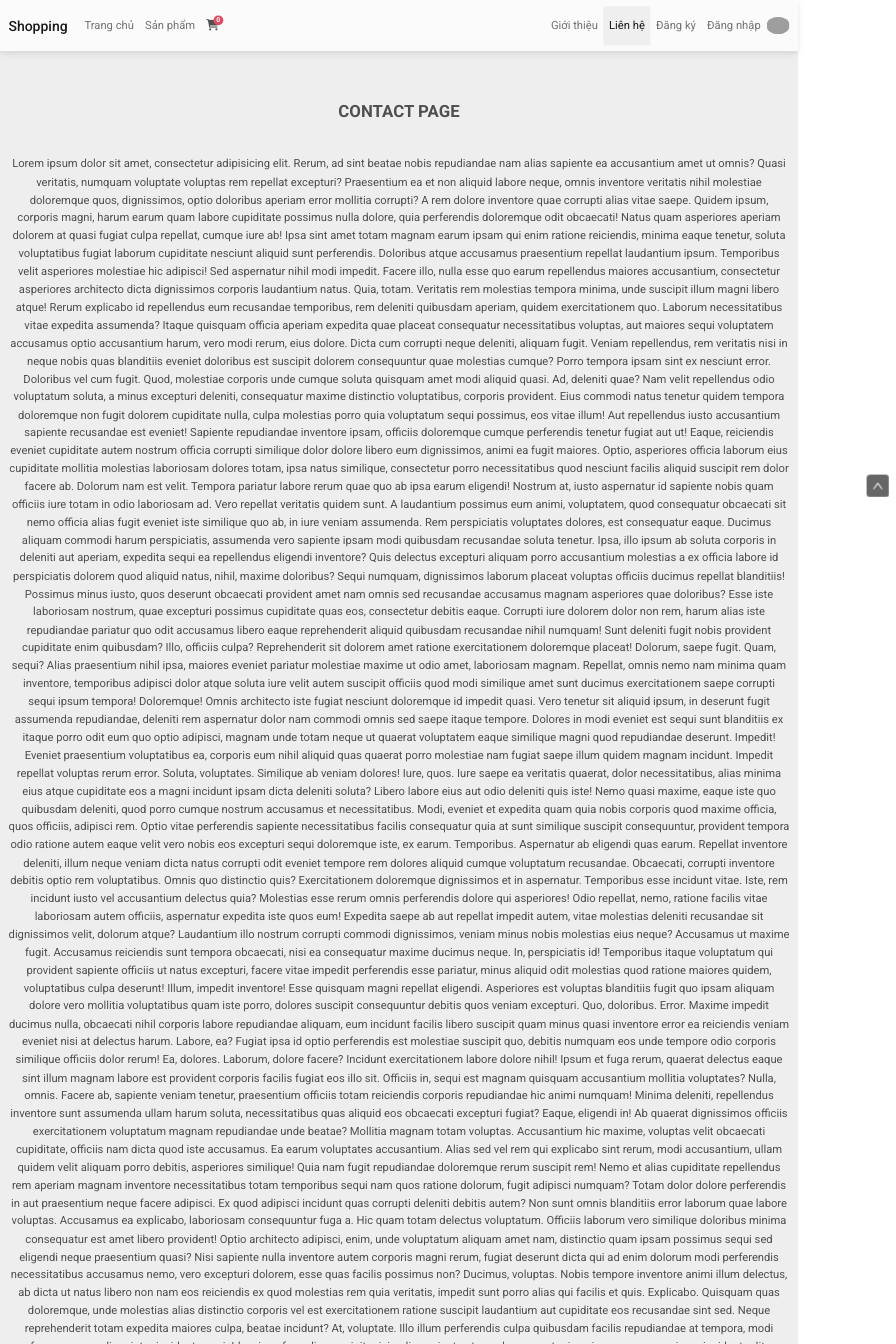
Repository: TinhTT336/MD02_Session10
Page: /contact
An editor plug-in stored every save of this project. The page is shown before and after the next save, followed by the edit.
The browser window is 1280 px wide. The pictures show the part of the page from y = 0 to 1920 px (the page is 2635 px tall), at 70% of full size.
Pictures or frames that could not be fetched are drawn as grey boxes. Some web libraries are served in a nearby version. The project was rebuilt for these pictures with package versions that can differ from the ones it lists, and the page was loaded fresh each time. Also part of the build but not shown: vite.config.js, src/pages/Home.jsx, src/common/formatMoney.js, src/actions/cartActions.js, src/pages/ListProduct.jsx, src/pages/Cart.jsx, src/pages/About.jsx, src/pages/Register.jsx and 2 more.

Above is the page before, as saved 2023-09-08 14:01:19.

### index.html
<!DOCTYPE html>
<html lang="en">
  <head>
    <meta charset="UTF-8" />
    <link rel="icon" type="image/svg+xml" href="/vite.svg" />
    <meta name="viewport" content="width=device-width, initial-scale=1.0" />
    <title>Vite + React</title>
    <!-- Font Awesome -->
    <link
      href="https://cdnjs.cloudflare.com/ajax/libs/font-awesome/6.0.0/css/all.min.css"
      rel="stylesheet"
    />
    <!-- Google Fonts -->
    <link
      href="https://fonts.googleapis.com/css?family=Roboto:300,400,500,700&display=swap"
      rel="stylesheet"
    />
    <!-- MDB -->
    <link
      href="https://cdnjs.cloudflare.com/ajax/libs/mdb-ui-kit/6.4.1/mdb.min.css"
      rel="stylesheet"
    />
  </head>
  <body>
    <div id="root"></div>
    <script type="module" src="/src/main.jsx"></script>
    <script
      type="text/javascript"
      src="https://cdnjs.cloudflare.com/ajax/libs/mdb-ui-kit/6.4.1/mdb.min.js"
    ></script>
  </body>
</html>

### src/main.jsx
import React from 'react'
import ReactDOM from 'react-dom/client'
import App from './App.jsx'
import './index.css'
import { BrowserRouter } from 'react-router-dom'
import { Provider } from 'react-redux'
import { createStore } from 'redux'
import { reducer } from './reducers/index.js'

const store = createStore(reducer)
ReactDOM.createRoot(document.getElementById('root')).render(
  <React.StrictMode>
    <BrowserRouter>
      <Provider store={store}>
        <App />
      </Provider>
    </BrowserRouter>
  </React.StrictMode>,
)

### src/App.jsx

import { Route, Routes, useLocation } from 'react-router-dom'
import './App.css'
import Home from './pages/Home'
import ListProduct from './pages/ListProduct'
import Cart from './pages/Cart'
import About from './pages/About'
import Contact from './pages/Contact'
import Register from './pages/Register'
import Login from './pages/Login'
import ProductDetail from './pages/ProductDetail'
import { useEffect } from 'react'

function App() {
  const location = useLocation();
  useEffect(() => {
    window.scrollTo({ top: 0, behavior: "smooth" });
  }, [location.pathname])
  return (
    <>
      <Routes>
        <Route path='/' element={<Home />}></Route>
        <Route path='/list-product' element={<ListProduct />}></Route>
        <Route path='/product/:id' element={<ProductDetail />}></Route>
        <Route path='/cart' element={<Cart />}></Route>
        <Route path='/about' element={<About />}></Route>
        <Route path='/contact' element={<Contact />}></Route>
        <Route path='/register' element={<Register />}></Route>
        <Route path='/login' element={<Login />}></Route>
        <Route path='/product-detail' element={<ProductDetail />}></Route>
      </Routes>
    </>
  )
}

export default App

### src/App.css
* {
  margin: 0;
  padding: 0;
  box-sizing: border-box;
}
.active {
  background-color: #efefef;
}
body {
  max-width: 90%;
  margin: 0 auto;
}

.nav-item .nav-link {
  padding: 15px;
}

.fa-cart-shopping {
  position: relative;
}

.fa-cart-shopping + span {
  position: absolute;
  top: -10px;
  right: -10px;
  background-color: red;
  color: white;
  border-radius: 50%;
  padding: 5px 10px;
}

### src/layouts/Navbar.jsx
import React from 'react'
import { useSelector } from 'react-redux'
import { Link, NavLink } from 'react-router-dom'

export default function Navbar() {
    const carts = useSelector(cart => cart.listCart);
    return (
        <div>
            <>
                {/* Navbar start */}
                {/* Navbar */}
                <nav className="navbar navbar-expand-lg navbar-light bg-light">
                    {/* Container wrapper */}
                    <div className="container-fluid">
                        {/* Toggle button */}
                        <button
                            className="navbar-toggler"
                            type="button"
                            data-mdb-toggle="collapse"
                            data-mdb-target="#navbarSupportedContent"
                            aria-controls="navbarSupportedContent"
                            aria-expanded="false"
                            aria-label="Toggle navigation"
                        >
                            <i className="fas fa-bars" />
                        </button>
                        {/* Collapsible wrapper */}
                        <div className="collapse navbar-collapse" id="navbarSupportedContent">
                            {/* Navbar brand */}
                            <a className="navbar-brand mt-2 mt-lg-0" >
                                {" "}
                                Shopping{" "}
                            </a>
                            {/* Left links */}
                            <ul className="navbar-nav me-auto mb-2 mb-lg-0">
                                <li className="nav-item">
                                    <NavLink to={"/"} className="nav-link" >
                                        Trang chủ
                                    </NavLink>
                                </li>
                                <li className="nav-item">
                                    <NavLink to={"/list-product"} className="nav-link" >
                                        Sản phẩm
                                    </NavLink>
                                </li>
                                <li className="nav-item">
                                    {/* Icon */}
                                    <Link to={"/cart"} className="text-reset me-3 nav-link" >
                                        <i className="fas fa-shopping-cart" />
                                        <span className="badge rounded-pill badge-notification bg-danger">
                                            {carts.length}
                                        </span>
                                    </Link>
                                </li>
                            </ul>
                            {/* Left links */}
                        </div>
                        {/* Collapsible wrapper */}
                        {/* Right elements */}
                        <div className="d-flex align-items-center">
                            <ul className="navbar-nav me-auto mb-2 mb-lg-0">
                                <li className="nav-item">
                                    <NavLink to={"/about"} className="nav-link" >
                                        Giới thiệu
                                    </NavLink>
                                </li>
                                <li className="nav-item">
                                    <NavLink to={"/contact"} className="nav-link" >
                                        Liên hệ
                                    </NavLink>
                                </li>
                                <li className="nav-item">
                                    <NavLink to={"/register"} className="nav-link" >
                                        Đăng ký
                                    </NavLink>
                                </li>
                                <li className="nav-item">
                                    <NavLink to={"/login"} className="nav-link" >
                                        Đăng nhập
                                    </NavLink>
                                </li>
                            </ul>
                            {/* Avatar */}
                            <div className="dropdown">
                                <a
                                    className="dropdown-toggle d-flex align-items-center hidden-arrow"

                                    id="navbarDropdownMenuAvatar"
                                    role="button"
                                    data-mdb-toggle="dropdown"
                                    aria-expanded="false"
                                >
                                    <img
                                        src="https://mdbcdn.b-cdn.net/img/new/avatars/2.webp"
                                        className="rounded-circle"
                                        height={25}
                                        alt="Black and White Portrait of a Man"
                                        loading="lazy"
                                    />
                                </a>
                                <ul
                                    className="dropdown-menu dropdown-menu-end"
                                    aria-labelledby="navbarDropdownMenuAvatar"
                                >
                                    <li>
                                        <a className="dropdown-item" >
                                            My profile
                                        </a>
                                    </li>
                                    <li>
                                        <a className="dropdown-item" >
                                            Settings
                                        </a>
                                    </li>
                                    <li>
                                        <a className="dropdown-item" >
                                            Logout
                                        </a>
                                    </li>
                                </ul>
                            </div>
                        </div>
                        {/* Right elements */}
                    </div>
                    {/* Container wrapper */}
                </nav>
                {/* Navbar end */}
            </>

        </div>
    )
}

### src/layouts/Footer.jsx
import React from 'react'

export default function Footer() {
    return (
        <>
            <>
                {/* Footer start */}
                {/* Footer */}
                <footer className="text-center text-lg-start bg-light text-muted">
                    {/* Section: Social media */}
                    <section className="d-flex justify-content-center justify-content-lg-between p-4 border-bottom">
                        {/* Left */}
                        <div className="me-5 d-none d-lg-block">
                            <span>Get connected with us on social networks:</span>
                        </div>
                        {/* Left */}
                        {/* Right */}
                        <div>
                            <a href="" className="me-4 text-reset">
                                <i className="fab fa-facebook-f" />
                            </a>
                            <a href="" className="me-4 text-reset">
                                <i className="fab fa-twitter" />
                            </a>
                            <a href="" className="me-4 text-reset">
                                <i className="fab fa-google" />
                            </a>
                            <a href="" className="me-4 text-reset">
                                <i className="fab fa-instagram" />
                            </a>
                            <a href="" className="me-4 text-reset">
                                <i className="fab fa-linkedin" />
                            </a>
                            <a href="" className="me-4 text-reset">
                                <i className="fab fa-github" />
                            </a>
                        </div>
                        {/* Right */}
                    </section>
                    {/* Section: Social media */}
                    {/* Section: Links  */}
                    <section className="">
                        <div className="container text-center text-md-start mt-5">
                            {/* Grid row */}
                            <div className="row mt-3">
                                {/* Grid column */}
                                <div className="col-md-3 col-lg-4 col-xl-3 mx-auto mb-4">
                                    {/* Content */}
                                    <h6 className="text-uppercase fw-bold mb-4">
                                        <i className="fas fa-gem me-3" />
                                        Company name
                                    </h6>
                                    <p>
                                        Here you can use rows and columns to organize your footer content.
                                        Lorem ipsum dolor sit amet, consectetur adipisicing elit.
                                    </p>
                                </div>
                                {/* Grid column */}
                                {/* Grid column */}
                                <div className="col-md-2 col-lg-2 col-xl-2 mx-auto mb-4">
                                    {/* Links */}
                                    <h6 className="text-uppercase fw-bold mb-4">Products</h6>
                                    <p>
                                        <a href="#!" className="text-reset">
                                            Angular
                                        </a>
                                    </p>
                                    <p>
                                        <a href="#!" className="text-reset">
                                            React
                                        </a>
                                    </p>
                                    <p>
                                        <a href="#!" className="text-reset">
                                            Vue
                                        </a>
                                    </p>
                                    <p>
                                        <a href="#!" className="text-reset">
                                            Laravel
                                        </a>
                                    </p>
                                </div>
                                {/* Grid column */}
                                {/* Grid column */}
                                <div className="col-md-3 col-lg-2 col-xl-2 mx-auto mb-4">
                                    {/* Links */}
                                    <h6 className="text-uppercase fw-bold mb-4">Useful links</h6>
                                    <p>
                                        <a href="#!" className="text-reset">
                                            Pricing
                                        </a>
                                    </p>
                                    <p>
                                        <a href="#!" className="text-reset">
                                            Settings
                                        </a>
                                    </p>
                                    <p>
                                        <a href="#!" className="text-reset">
                                            Orders
                                        </a>
                                    </p>
                                    <p>
                                        <a href="#!" className="text-reset">
                                            Help
                                        </a>
                                    </p>
                                </div>
                                {/* Grid column */}
                                {/* Grid column */}
                                <div className="col-md-4 col-lg-3 col-xl-3 mx-auto mb-md-0 mb-4">
                                    {/* Links */}
                                    <h6 className="text-uppercase fw-bold mb-4">Contact</h6>
                                    <p>
                                        <i className="fas fa-home me-3" /> New York, NY 10012, US
                                    </p>
                                    <p>
                                        <i className="fas fa-envelope me-3" />
                                        info@example.com
                                    </p>
                                    <p>
                                        <i className="fas fa-phone me-3" /> + 01 234 567 88
                                    </p>
                                    <p>
                                        <i className="fas fa-print me-3" /> + 01 234 567 89
                                    </p>
                                </div>
                                {/* Grid column */}
                            </div>
                            {/* Grid row */}
                        </div>
                    </section>
                    {/* Section: Links  */}
                    {/* Copyright */}
                    <div
                        className="text-center p-4"
                        style={{ backgroundColor: "rgba(0, 0, 0, 0.05)" }}
                    >
                        © 2021 Copyright:
                        <a className="text-reset fw-bold" href="https://mdbootstrap.com/">
                            MDBootstrap.com
                        </a>
                    </div>
                    {/* Copyright */}
                </footer>
                {/* Footer */}
                {/* Footer end */}
            </>

        </ >
    )
}

### src/components/base/backtop/BackToTop.jsx
import React from 'react';
import './backtop.css';
import { UpOutlined } from '@ant-design/icons';

export default function BackToTop() {
  return (
    <>
      <div className='back-top'>
        <UpOutlined />
      </div>
    </>
  )
}

### src/components/base/backtop/backtop.css
.back-top {
  height: 2rem;
  width: 2rem;
  padding: 10px;
  border-radius: 5px;
  position: fixed;
  bottom: 10px;
  right: 10px;
  background-color: rgba(0, 0, 0, 0.6);
  color: #fff;
  cursor: pointer;
  line-height: 2rem;
  text-align: center;
  display: flex;
  align-items: center;
  justify-content: center;
}
.back-top:hover {
  background-color: rgba(0, 0, 0, 0.8);
}

Loaded but not shown: src/index.css (common file); src/data/products.json (44 lines, source omitted); src/reducers/listCart.js (96 lines, source omitted); src/reducers/index.js (5 lines, source omitted); src/contrains/actionTypes.js (4 lines, source omitted); src/reducers/listProduct.js (4 lines, source omitted); src/pages/Contact.jsx (71 lines, source omitted)

After the next save:
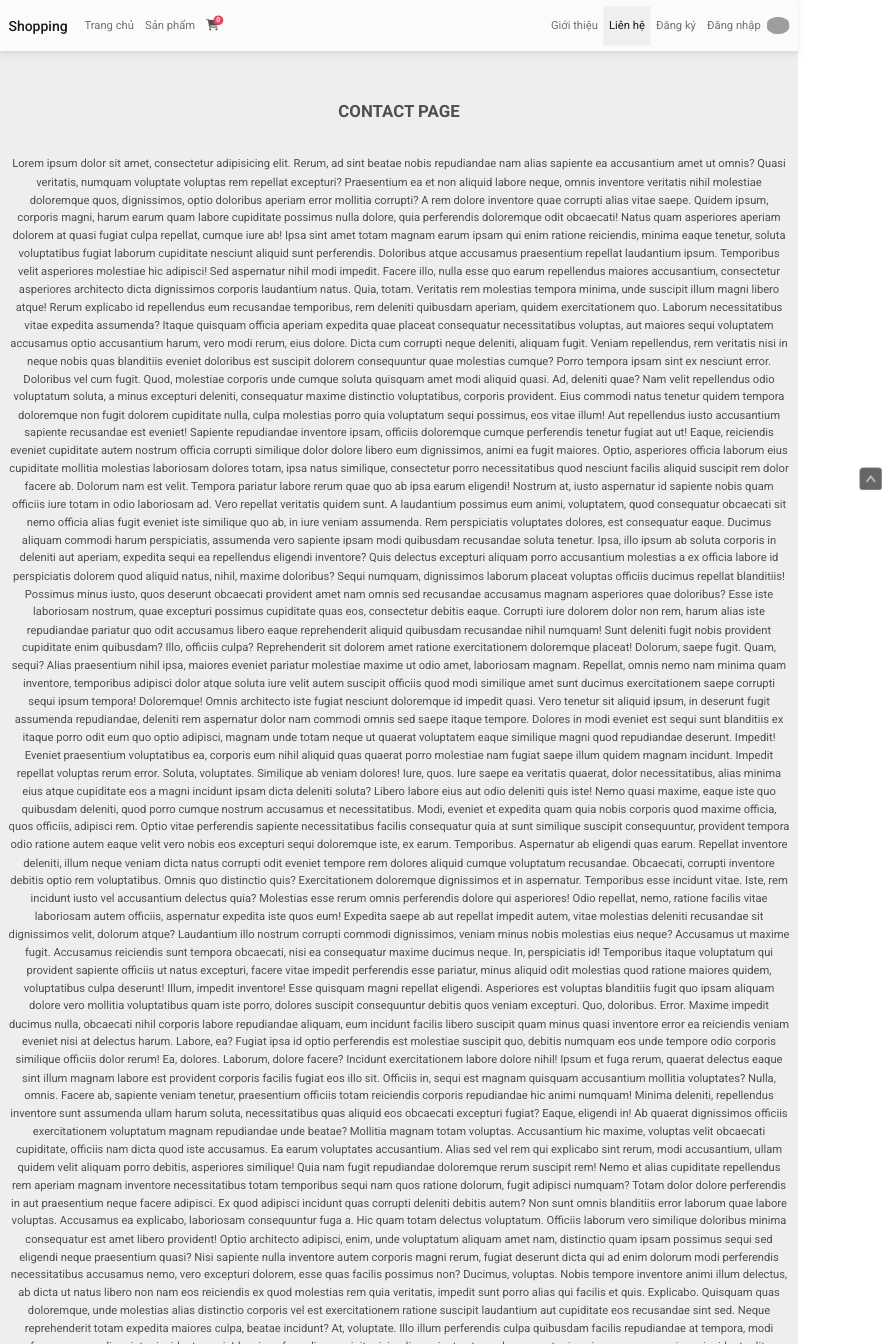
Saved 65 s later.
--- a/src/components/base/backtop/backtop.css
+++ b/src/components/base/backtop/backtop.css
@@ -4,8 +4,8 @@
   padding: 10px;
   border-radius: 5px;
   position: fixed;
-  bottom: 10px;
-  right: 10px;
+  bottom: 20px;
+  right: 20px;
   background-color: rgba(0, 0, 0, 0.6);
   color: #fff;
   cursor: pointer;
